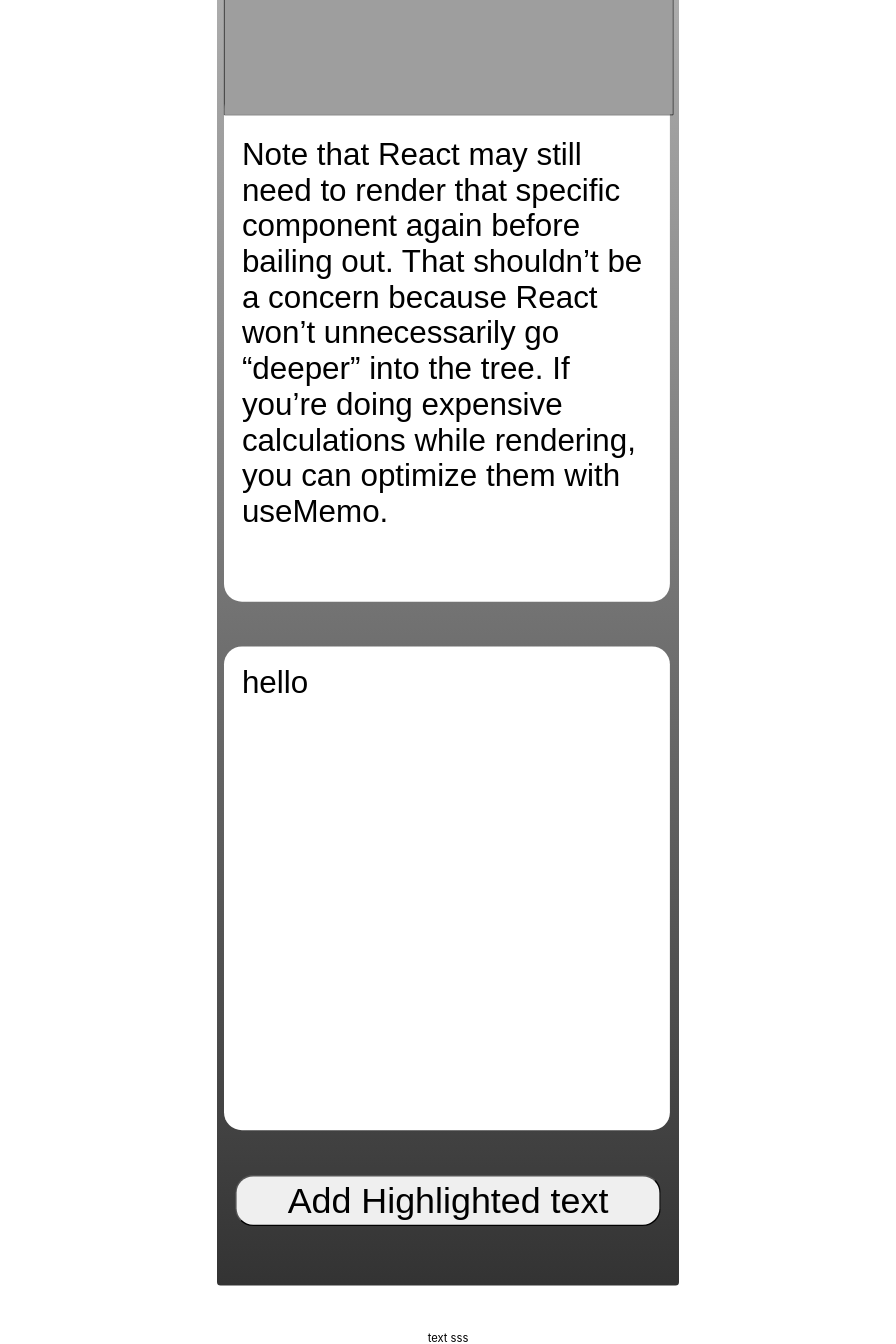
Repository: Farbod29/React-text-highlighter-with-hook-
Page: /
An editor plug-in stored every save of this project. The page is shown before and after the next save, followed by the edit.
The browser window is 1280 px wide. The pictures show the part of the page from y = 552 to 2472 px (the page is 2472 px tall), at 70% of full size.
Pictures or frames that could not be fetched are drawn as grey boxes. The project was rebuilt for these pictures with package versions that can differ from the ones it lists, and the page was loaded fresh each time.

Above is the page before, as saved 2022-02-21 15:01:04.

After the next save:
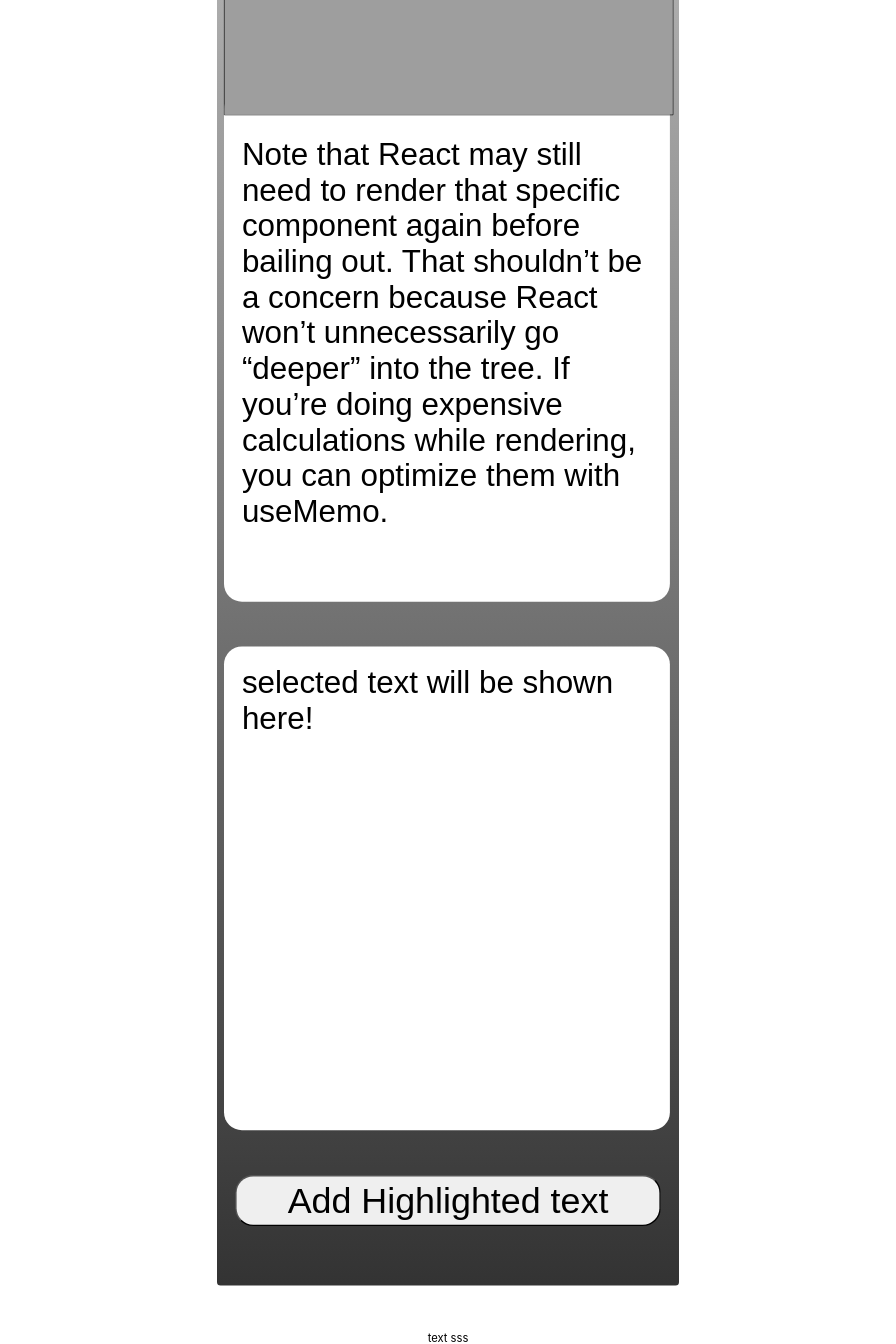
Saved 26 s later.
--- a/src/highlighter.js
+++ b/src/highlighter.js
@@ -16,7 +16,9 @@ import './highlight.css';
 // };
 
 export default function Highlighter() {
-  const [highlightedText, setHighlightedText] = useState('hello');
+  const [highlightedText, setHighlightedText] = useState(
+    'selected text will be shown here!'
+  );
   let extractTheText = (e) => {
     e.preventDefault();
     const selectionObj = window.getSelection && window.getSelection();
